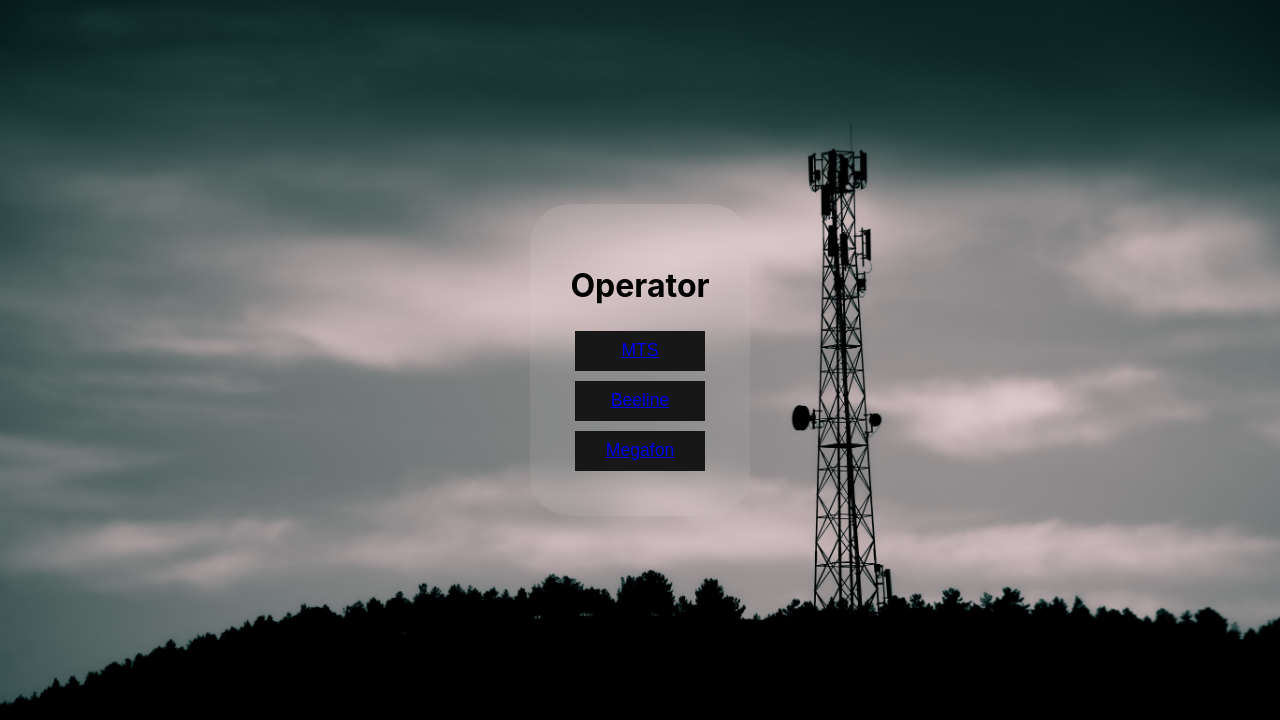
Repository: MiroslavWise/operator
Page: /
The author's editor kept a copy of each file at every save. The page is drawn from the files as they stood at one save, then again after the next save.
The browser window is 1280 px wide. The pictures show the whole page.
The project was rebuilt for these pictures with package versions that can differ from the ones it lists, and the page was loaded fresh each time. Also part of the build but not shown: src/pages/MTS.jsx, src/pages/Beeline.jsx, src/pages/Megafon.jsx. Imported but missing from the stored project, and not drawn on this page: src/components/CompFormik.

Above is the page before, as saved 2022-02-15 19:11:05.

After the next save:
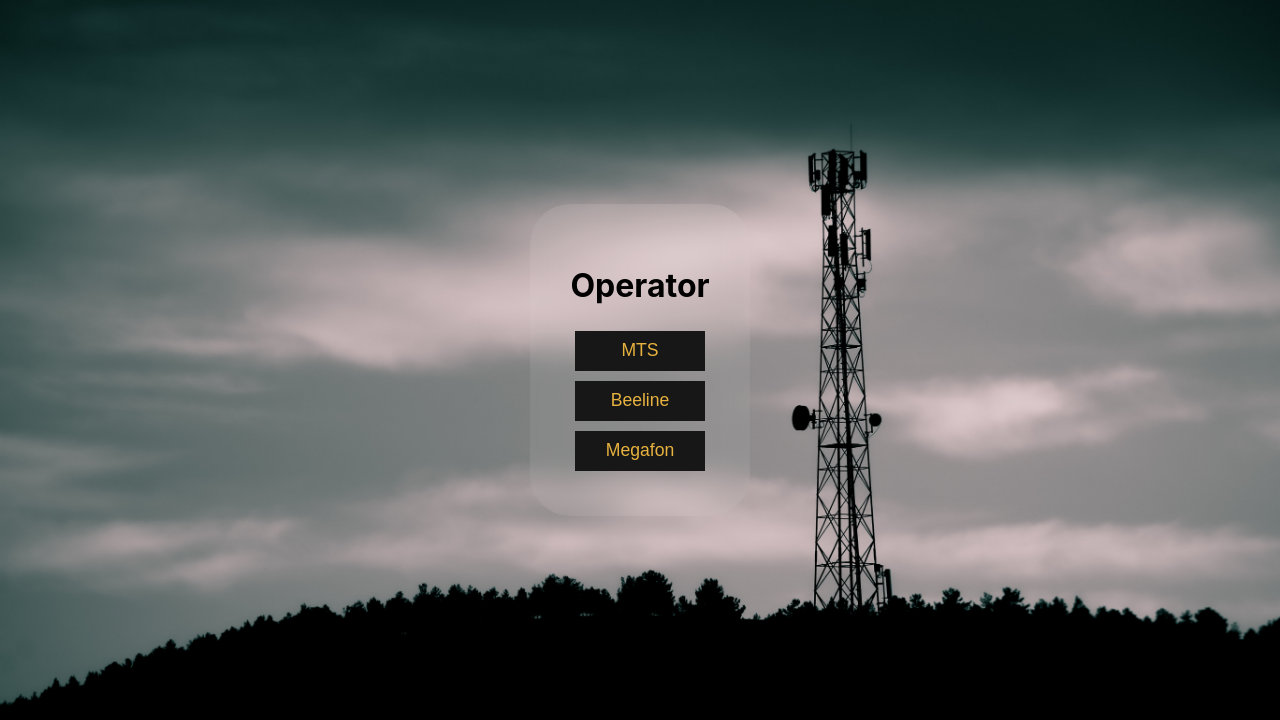
Saved 37 s later.
--- a/src/App.tsx
+++ b/src/App.tsx
@@ -6,9 +6,9 @@
   <div className='navigation'>
       <h1>Operator</h1>
       <nav>
-        <button><Link to="mts">MTS</Link></button>
-        <button><Link to="beeline">Beeline</Link></button>
-        <button><Link to="megafon">Megafon</Link></button>
+        <Link to="mts"><button>MTS</button></Link>
+        <Link to="beeline"><button>Beeline</button></Link>
+        <Link to="megafon"><button>Megafon</button></Link>
       </nav>
     </div>
   );
